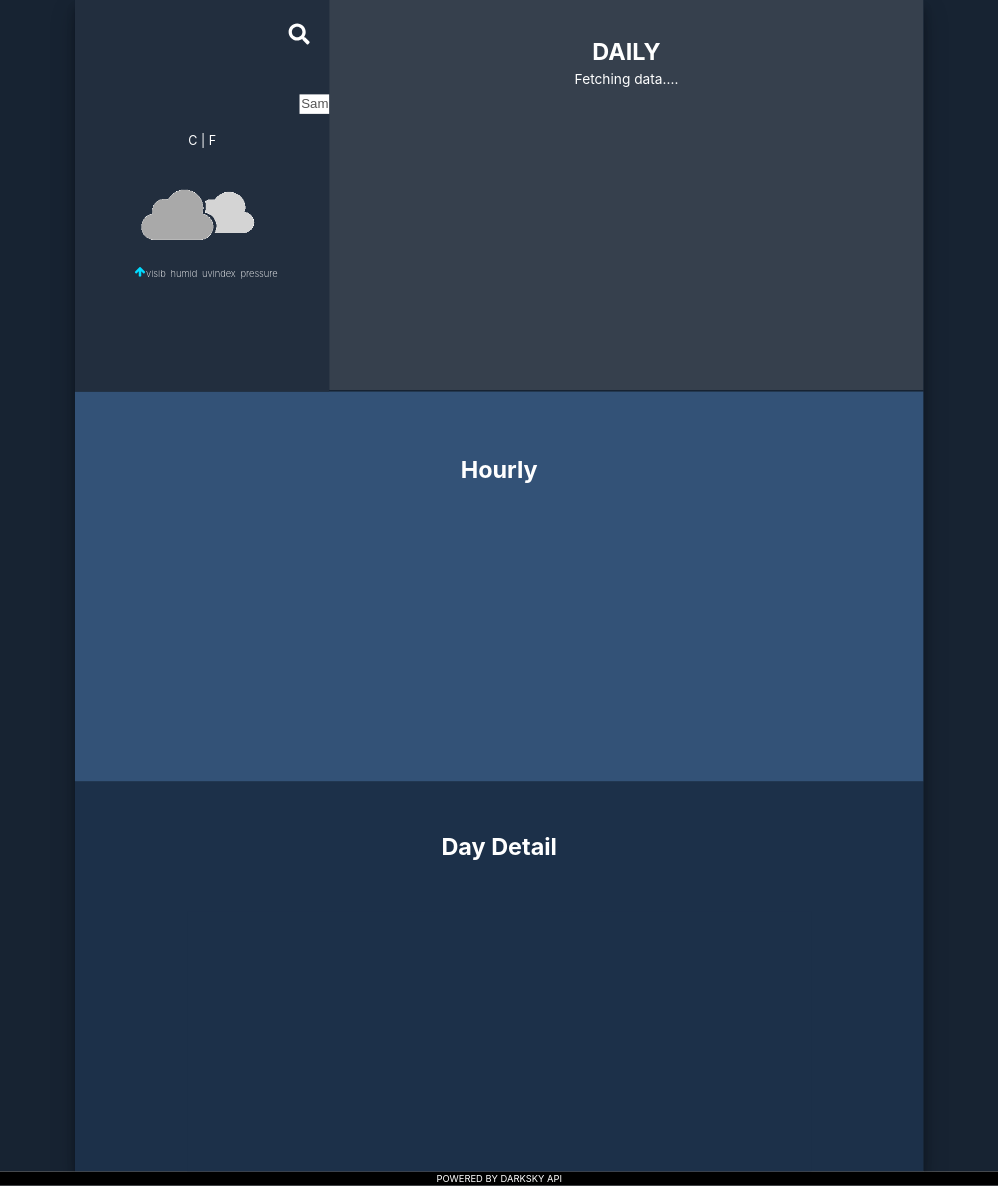
Repository: DOODpls/assignment3_weather
Page: index.html
An editor plug-in stored every save of this project. The page is shown before and after a run of saves, followed by the edit.
The browser window is 1280 px wide. The pictures show the whole page, at 78% of full size.
Empty fields were first filled with sample values (such as "Sample", 5 or name@example.com).
After loading, the first visible `#searchbutton` was clicked once.
Some web fonts or font styles are not loaded; a fallback is used. Some web libraries are served in a nearby version.

Above is the page before, as saved 2020-01-07 21:22:41.

### index.html
<!DOCTYPE html>
<html lang="en">
    <head>
        <meta charset="UTF-8" />
        <meta name="viewport" content="width=device-width, initial-scale=1.0" />
        <meta http-equiv="X-UA-Compatible" content="ie=edge" />
        <script src="https://ajax.googleapis.com/ajax/libs/jquery/1/jquery.min.js" type="text/javascript"></script>
        <script src="https://ajax.googleapis.com/ajax/libs/jqueryui/1.10.3/jquery-ui.min.js"></script>
        <script src="https://cdnjs.cloudflare.com/ajax/libs/font-awesome/5.11.2/js/all.js"></script>
        <title>The Weathering</title>
        <link rel="shortcut icon" href="./icons/favicon.ico" />
        <link
            rel="stylesheet"
            href="https://cdnjs.cloudflare.com/ajax/libs/bulma/0.7.5/css/bulma.min.css"
            integrity="sha256-vK3UTo/8wHbaUn+dTQD0X6dzidqc5l7gczvH+Bnowwk="
            crossorigin="anonymous"
        />
        <link
            rel="stylesheet"
            href="https://cdnjs.cloudflare.com/ajax/libs/open-iconic/1.1.1/font/css/open-iconic.min.css"
            integrity="sha256-CfN2r6i/dqkUHVRqpBzO3w21SnIWalwGfj5ScBPVzmI="
            crossorigin="anonymous"
        />
        <link rel="stylesheet" href="styles.css" />
    </head>
    <body>
        <div class="page">
            <div class="main-container">
                <div class="today-container">
                  <div class="searchbutton" id="searchbutton">
                    <i class="fas fa-search"></i>
                  </div>
                  <form action="" method="post" name="form_citydetails" id="form_citydetails" enctype="multipart/form-data" onsubmit="return false;">
                    <input class="ff_elem city-text" type="text" name="ff_nm_from[]" value="" id="f_elem_city" placeholder="Type City" onkeydown="search(this)"/>
                    </form>
                    <div class="today-stage">
                      <div class="unitswitcher">
                        <div class="celcius" id='cell'>C</div>
                        <br>
                        <p>&nbsp;|&nbsp;</p>
                        <div class="farenheight" id="farr">F</div>
                      </div>
                        <div class="info-holder">
                          <div class="preload"></div>
                          <canvas id="icon0" width="150" height="150"></canvas>
                          <p class="city"></p>
                          <p class="today-temp"></p>
                          <p class="today-description"></p>
                          <p class="today-minmax"></p>
                          <div class="sub-info">
                          <p class="app-temp"></p>
                          <div class="wind-holder">
                            <p class="wind-speed"></p>
                            <div class="wind-direction"></div>
                          </div>
                          <p class="visibility">visib</p>
                          <p class="humidity">humid</p>
                          <p class="uvindex">uvindex</p>
                          <p class="pressure">pressure</p>
                          </div>
                        </div>
                    </div>
                </div>

                <div class="week-container">
                  <p class="daily-title">DAILY</p>
                  <p class="week-summary">Fetching data....</p>
                  <div class="week-stage" id="week-stages">
                  </div>
                </div>
                <div class="hourly-container">
                  <p class="daily-title">Hourly</p>
                  <div class="hourly-row"></div>
                </div>
                <div class="day-details">
                  <div class="titlebar">
                    <p class="daily-title">Day Detail</p>
                    <p class="day-summ"></p>
                  </div>
                  <div class="summary-flex">
                  <div class="melovesomeclouds">
                    <p class="habanero"></p> <!-- have to name it like this bc for some readon uvindex(whatever) wont work  -->
                    <p class="cloud-cover"></p>
                  </div>

                  <div class="sunny">
                    <p class="sunrise"></p>
                    <p class="sunset"></p>
                  </div>

                  <div class="airwater">
                    <p class="humidity2"></p>
                    <p class="dew-point"></p>
                  </div>

                  <div class="wind">
                    <p class="ave-windspeed"></p>
                    <p class="ave-windgust"></p>
                  </div>
                </div>
                </div>
            </div>
        </div>
        <footer class="foooterrr">
          <a href="https://darksky.net/dev">POWERED BY DARKSKY API</a>
        </footer>
        <script src="./skycons.js"></script>
        <script src="./app.js"></script>
    </body>
</html>

### styles.css

.page {
  display: flex;
  color: white;
  justify-content: center;
  flex-wrap: wrap;
  background-color: #172332;
  width: 100%;
  height: 100%;
  overflow: hidden;
}
.main-container {
  height: 100%;
  width: 85vw;
  overflow-y: hidden;
  box-sizing: content-box;
  display: flex;
  justify-content: flex-start;
  flex-wrap: wrap;
  box-shadow: 0 14px 28px rgba(0, 0, 0, 0.25), 0 10px 10px rgba(0, 0, 0, 0.22);
}
.today-container {
  flex: 30%;
  display: flex;
  height: 502px;
  background: #222e3e;
  flex-direction: column;
  justify-content: center;
  align-items: center;
  overflow: hidden;
  position: relative;
}
.searchbutton{
  position: absolute;
  top: 25px;
  right: 25px;
  font-size: 27px;
}
.unitswitcher{
  color: white;
  display: flex;
  justify-content: center;
}
.celcius, .farenheight{
  text-decoration: none;
  color: white;
}
.celcius:hover, .farenheight:hover{
  color: rgb(161, 161, 161);
}
.ui-helper-hidden-accessible{
  visibility: hidden;
  position: absolute;
}


.ui-autocomplete {
  position: absolute;
  top: 100%;
  left: 0;
  z-index: 1000;
  float: left;
  display: none;
  min-width: 160px;
  padding: 4px 0;
  margin: 0 0 10px 25px;
  list-style: none;
  background-color: #36404d;
  border-color: #ccc;
  border-color: rgba(0, 0, 0, 0.2);
  border-style: solid;
  border-width: 1px;
  -webkit-border-radius: 5px;
  -moz-border-radius: 5px;
  border-radius: 5px;
  -webkit-box-shadow: 0 5px 10px rgba(0, 0, 0, 0.2);
  -moz-box-shadow: 0 5px 10px rgba(0, 0, 0, 0.2);
  box-shadow: 0 5px 10px rgba(0, 0, 0, 0.2);
  -webkit-background-clip: padding-box;
  -moz-background-clip: padding;
  background-clip: padding-box;
  *border-right-width: 2px;
  *border-bottom-width: 2px;
}

.ui-menu-item > a.ui-corner-all {
  display: block;
  padding: 3px 15px;
  clear: both;
  font-weight: normal;
  line-height: 18px;
  color: #ffffff;
  white-space: nowrap;
  text-decoration: none;
}

.ui-state-hover, .ui-state-active {
  color: #ffffff;
  text-decoration: none;
  background-color: #0088cc;
  border-radius: 0px;
  -webkit-border-radius: 0px;
  -moz-border-radius: 0px;
  background-image: none;
}


.preload{
  background-image: url(./preloader.gif);
  height: 170px;
  width: 170px;
  background-size: 170px;
  position: absolute;
  top: 0;
  display: none;
}
.today-stage {
    position: relative;
    /* background: rgba(0, 0, 0, 0.2); */
}
/* #icon1{
  background-image: url(./preloader.gif);
  background-size: 150px;
} */
.today-icon {
    font-size: 140px;
    opacity: 0.17;
}
.city{
  transition-duration: .5s;
}
.today-temp {
    font-weight: 900;
    font-size: 50px;
    transition-duration: .5s;
}

.info-holder{
  display: flex;
  flex-direction: column;
  justify-content: center;
  align-items: center;
  position: relative;
}
.city-text{
  border-radius: 0px;
  width: 250px;
  height: 25px;
  font-family: Arial, Helvetica, sans-serif;
  font-size: 17px;
  color: #555;
  border: none;
  box-sizing: border-box;
  position: relative;
  top: -22px;
}

.sub-info{
  display: flex;
  justify-content: space-around;
  flex-direction: row;
  flex-wrap: wrap;
  width: 200px;
  transition-duration: .5s;
}
.app-temp{
    font-weight: 200;
    font-size: 12px;
}
.visibility{
  font-weight: 200;
  font-size: 12px;
}
.humidity{
  font-weight: 200;
  font-size: 12px;
}
.uvindex{
  font-weight: 200;
  font-size: 12px;
}
.pressure{
  font-weight: 200;
  font-size: 12px;
}
.today-minmax {
    font-weight: 400;
    font-size: 18px;
    opacity: 0.4;
    left: 0;
    transition-duration: .5s;
}
.today-description {
    font-weight: 400;
    font-size: 18px;
    transition-duration: .5s;
}
.wind-holder{
  display: flex;
  flex-direction: row;
}
.wind-direction{
    background-image: url('./icons/general_icon/arrow-up.svg');
    height: 13px;
    width: 13px;
    background-size: 13px;
    position: relative;
    left: 5px;
    transition-duration: .5s;
}
.wind-speed{
    font-weight: 200;
    font-size: 12px;
}
.week-container {
    flex: 70%;
  height: 500px;
  width: auto;
  background-color: #36404d;
  display: flex;
  justify-content: center;
  flex-direction: column;
  align-items: center;
}
.week-summary{
  font-size: 1.1em;
  height: auto;
  width: auto;
  margin-left: 20px;
  margin-right: 20px;
  margin-bottom: 20px;
  transition-duration: .5s;
}
.week-stage {
  height: 320px;
  width: auto;
  display: flex;
  justify-content: space-between;

}


/* Track */
.week-day-container {
    height: auto;
    width: 100px;
    margin-left: 20px;
    margin-right: 20px;
    display: flex;
    flex-direction: column;
    justify-content: space-aroud;
    align-items: center;
    position: relative;
    transition-duration: .5s;
}
.week-day-container:hover{
  opacity: .5;
}
@media (max-width:1890px){
  .week-stage {
  width: 80vmin;
  overflow-x: scroll;
  overflow-y: hidden;
  }

}


.week-day-container p {
    font-weight: 400;
    font-size: 12px;
    color: white;
}

.week-day-container span {
    opacity: 0.17;
    font-size: 24px;
    margin: 0;
}
.hourly-container{
  height: 500px;
  width: 100%;
  background-color: #335277;
  display: flex;
  justify-content: center;
  flex-direction: column;
  align-items: center;
}
.hourly-row{
  display: flex;
  flex-direction: row;
  width: 1500px;
  overflow-x: scroll;
  overflow-y: hidden;
  height: 300px;
}

.hourly-cards{
  font-weight: 400;
    font-size: 12px;
    color: white;
    width: 150px;
    display: flex;
    flex-direction: column;
    justify-content: center;
    align-items: center;
    margin-left: 20px;
  margin-right: 20px;
  transition-duration: .5s;
}
.hourly-cards p{
  font-weight: 400;
    font-size: 12px;
    color: white;
}
.loopwind{
  width: auto;
  display: flex;
  flex-direction: row;
  align-items: center;
}
.arrow-rotator{
  background-image: url('./icons/general_icon/arrow-up.svg');
  height: 10px;
  width: 10px;
  background-size: 10px;
  position: relative;
  margin-right: 5px;
  transition-duration: .5s;
}

@media (max-width:1800px){
  .hourly-row{
    width: 80vw;
  }
}

/* width */
::-webkit-scrollbar {
  width: 10px;
  height: 10px;
  border-radius: 20px;
}

/* Track */
::-webkit-scrollbar-track {
  background: #f1f1f1;
  border-radius: 20px;
}

/* Handle */
::-webkit-scrollbar-thumb {
  background: #888;
  border-radius: 20px;
}

/* Handle on hover */
::-webkit-scrollbar-thumb:hover {
  background: #555;
}
.day-details{
  display: flex;
  justify-content: space-around;
  flex-direction: column;
  align-items: center;
  width: 100%;
  height: 500px;
  background-color: #1c3049;
}

.titlebar{
  display: flex;
  flex-direction: column;
  align-items: center;
  justify-content: center;
  align-content: space-between;
  height: 250px;
  margin-left: 10px;
  margin-right: 10px;
  text-align: center;
}
.daily-title{
  font-size: 30px;
  font-weight: bold;
}
.day-summ{
  font-size: 20px;
  position: relative;
  top: 30px;
}
.wind, .airwater, .sunny, .melovesomeclouds{
  font-size: 20px;
  font-weight: bold;
  width: 300px;
  transition-duration: .5s;
  text-align: center;
}
.summary-flex{
  display: flex;
  justify-content: space-around;
  align-items: center;
  flex-wrap: wrap;
  width: 800px;
  height: 500px;
  background-color: #1c3049;
  transition-duration: .5s;
}

@media (max-width: 950px){
  .summary-flex{
    width: 100%;
    margin-right: 5px;
    margin-left: 5px;
  }

}

@media (max-width:705px){
  .wind, .airwater, .sunny, .melovesomeclouds{
    font-size: 20px;
    font-weight: bold;
    display: flex;
    justify-content: center;
    flex-direction: column;
    align-items: center;
    margin-left: 10px;
    margin-right: 10px;
  }

  .main-container {
    width: 100%;
  }
  .week-container{
    flex: none;
    width: 100%;
  }
  .week-stage, .hourly-row{
    width: 90%;
  }
}
@media (max-width:500px){
  .city-text{
    position: absolute;
    top: 25px;
    right: -250px;
  }
}
.city-text-appear{
  right: -250px;
}
@media (max-width:260px){
  .city-text{
    width: 100%;
  }
}
.foooterrr{
  background-color: black;
  color: white;
  font-size: 12px;
  display: flex;
  justify-content: center;
  flex-direction: column;
  align-items: center;
}
a{
  text-decoration: none;
  color: white;
}

Loaded but not shown: skycons.js (726 lines, source omitted); app.js (336 lines, source omitted)

After the next 2 saves:
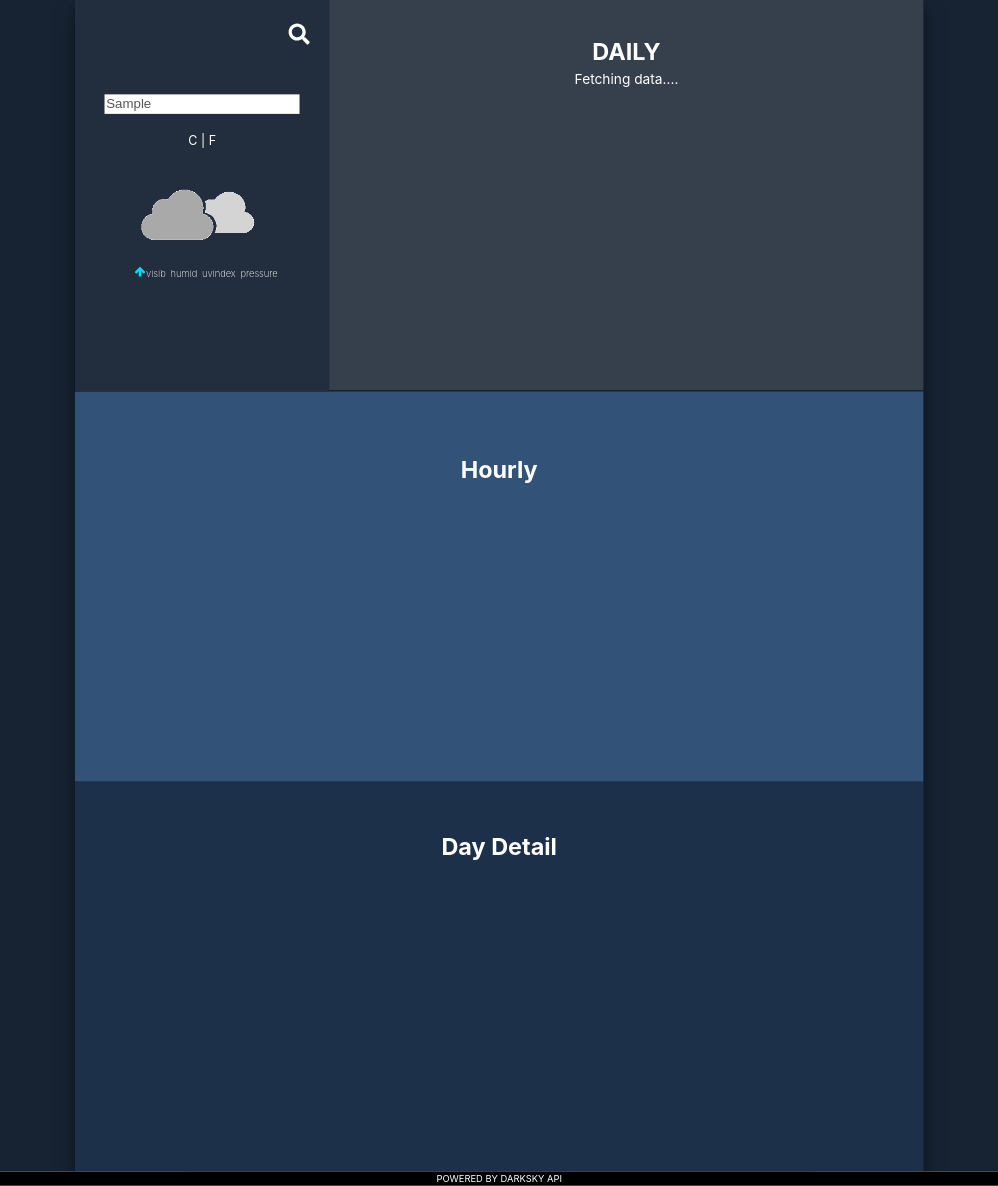
The 2 saves are shown as one change because they came seconds apart.
The last was saved 6 s later.
--- a/styles.css
+++ b/styles.css
@@ -446,7 +446,7 @@
   }
 }
 .city-text-appear{
-  right: -250px;
+  right: 0;
 }
 @media (max-width:260px){
   .city-text{
